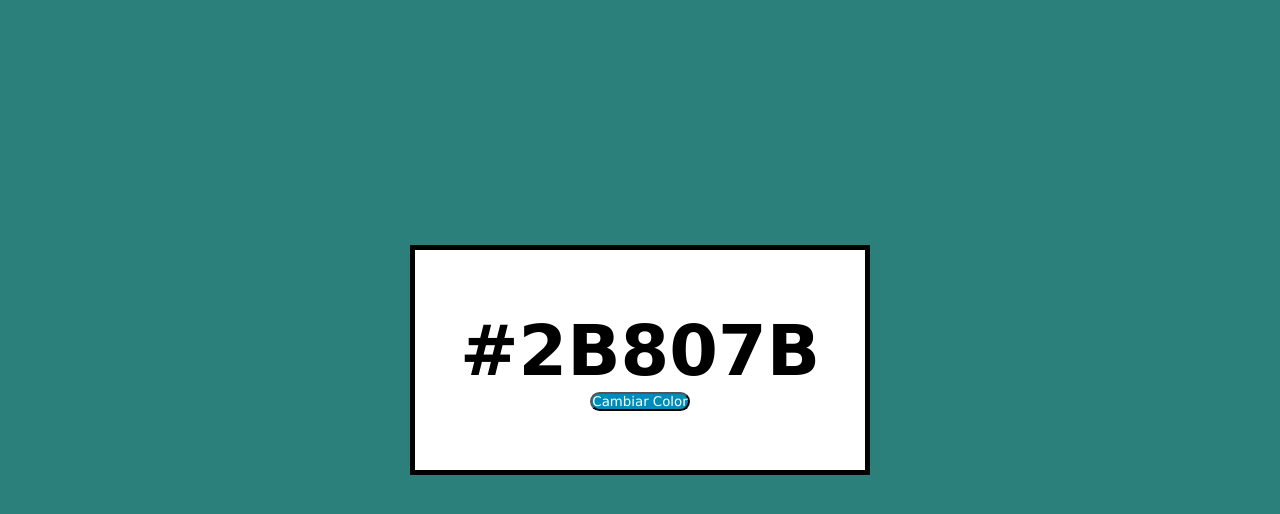
Repository: JoyMoGas/javascript-learn
Page: color-aleatorio/index.html
The author's editor kept a copy of each file at every save. The page is drawn from the files as they stood at one save, then again after the next save.
The browser window is 1280 px wide. The pictures show the whole page.

Above is the page before, as saved 2024-05-09 15:47:38.

After the next save:
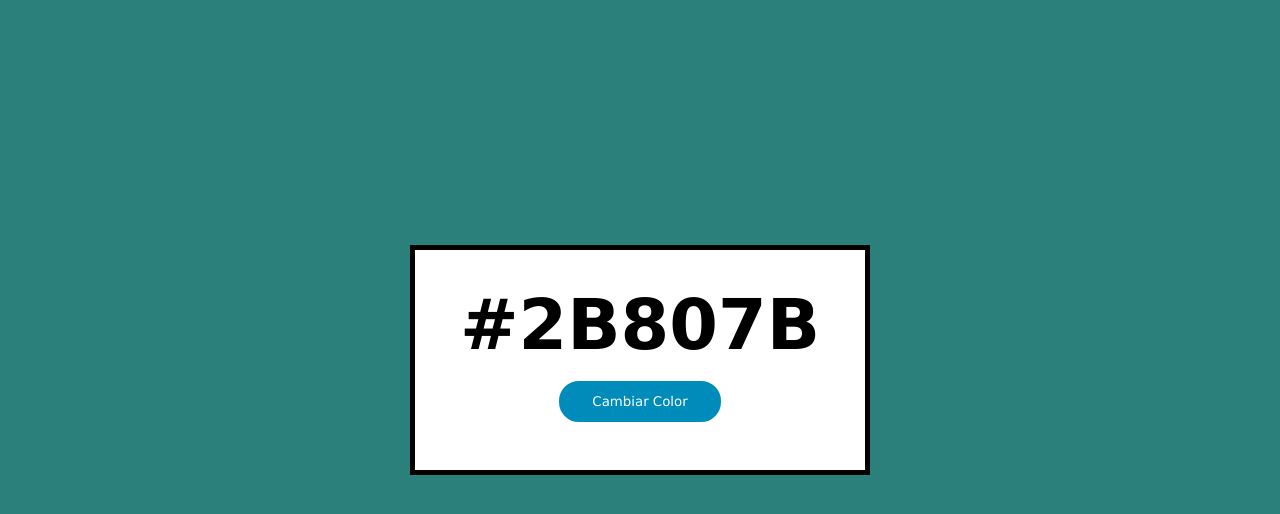
Saved 6 s later.
--- a/color-aleatorio/style.css
+++ b/color-aleatorio/style.css
@@ -42,4 +42,10 @@
     color: white;
     border-radius: 20px;
     background-color: #008CBA;
+    margin: 15px;
+    padding: 10px 30px;
+    border: 3px solid #008CBA;
+    user-select: none;
+    cursor: pointer;
+    transition-duration: 0.4s;
 }
